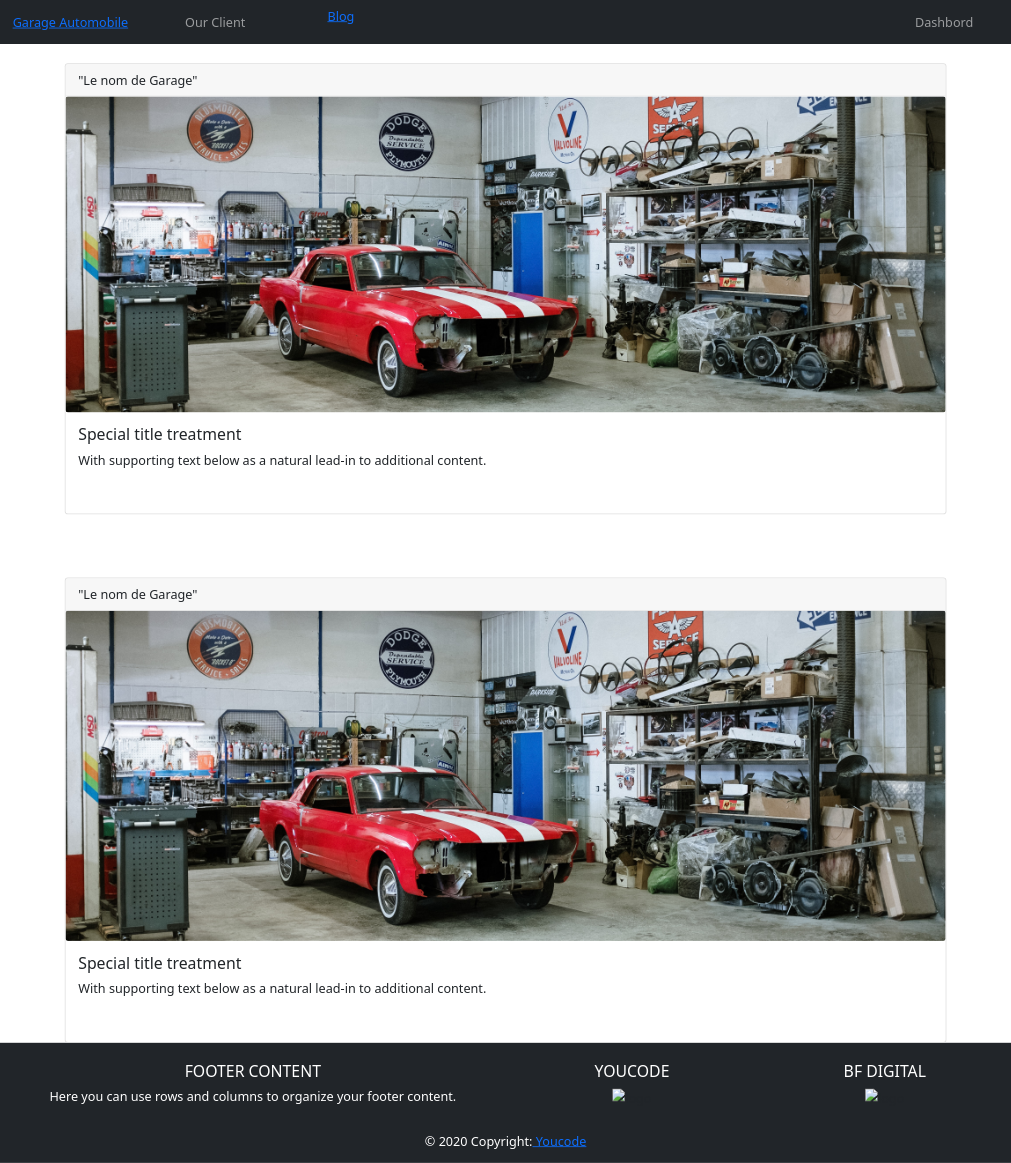
Repository: abdelhak-f/Fil-Rouge
Page: /Blog (app in client/)
The author's editor kept a copy of each file at every save. The page is drawn from the files as they stood at one save, then again after the next save.
The browser window is 1280 px wide. The pictures show the whole page, at 79% of full size.
The project was rebuilt for these pictures with package versions that can differ from the ones it lists, and the page was loaded fresh each time. Also part of the build but not shown: client/src/components/Text.jsx, client/src/components/forms/FirstFrontForm.jsx, client/src/components/Body.jsx.

Above is the page before, as saved 2021-09-08 14:51:08.

### client/public/index.html
<!DOCTYPE html>
<html lang="en">
  <head>
    <meta charset="utf-8" />
    <link rel="icon" href="%PUBLIC_URL%/favicon.ico" />
    <meta name="viewport" content="width=device-width, initial-scale=1" />
    <meta name="theme-color" content="#000000" />
    <meta
      name="description"
      content="Web site created using create-react-app"
    />
    <!--   import bootstrao  -->
    <link
  rel="stylesheet"
  href="https://cdn.jsdelivr.net/npm/bootstrap@5.1.0/dist/css/bootstrap.min.css"
  integrity="sha384-KyZXEAg3QhqLMpG8r+8fhAXLRk2vvoC2f3B09zVXn8CA5QIVfZOJ3BCsw2P0p/We"
  crossorigin="anonymous"
  />

    <link rel="apple-touch-icon" href="%PUBLIC_URL%/logo192.png" />
    <!--
      manifest.json provides metadata used when your web app is installed on a
      user's mobile device or desktop. See https://developers.google.com/web/fundamentals/web-app-manifest/
    -->
    <link rel="manifest" href="%PUBLIC_URL%/manifest.json" />
    <!--
      Notice the use of %PUBLIC_URL% in the tags above.
      It will be replaced with the URL of the `public` folder during the build.
      Only files inside the `public` folder can be referenced from the HTML.

      Unlike "/favicon.ico" or "favicon.ico", "%PUBLIC_URL%/favicon.ico" will
      work correctly both with client-side routing and a non-root public URL.
      Learn how to configure a non-root public URL by running `npm run build`.
    -->
    <title>React App</title>
  </head>
  <body>
    <noscript>You need to enable JavaScript to run this app.</noscript>
    <div id="root"></div>
    <!--
      This HTML file is a template.
      If you open it directly in the browser, you will see an empty page.

      You can add webfonts, meta tags, or analytics to this file.
      The build step will place the bundled scripts into the <body> tag.

      To begin the development, run `npm start` or `yarn start`.
      To create a production bundle, use `npm run build` or `yarn build`.
    -->
  </body>
</html>

### client/src/index.js
import React from 'react';
import ReactDOM from 'react-dom';
import './index.css';
import App from './App';
import reportWebVitals from './reportWebVitals';

// import bootstrap
import 'bootstrap/dist/css/bootstrap.min.css';

ReactDOM.render(
  <React.StrictMode>
    <App />
  </React.StrictMode>,
  document.getElementById('root')
);

// If you want to start measuring performance in your app, pass a function
// to log results (for example: reportWebVitals(console.log))
// or send to an analytics endpoint. Learn more: https://bit.ly/CRA-vitals
reportWebVitals();

### client/src/App.js
// import './App.css';
import React from 'react';

import Navbar from './components/Nnavbar';
import Body from './components/Body';
import Footer from './components/Footer';
import Blog from './components/Blog';

import { BrowserRouter as Router, Switch, Route } from 'react-router-dom';






function App() {
  return (


    <>
<Router>

     <Navbar />




    <Switch>
    <Route  path="/" exact component={Body} />
       <Route  path="/Blog" component={Blog} />
    </Switch>

    <Footer/>
</Router>
    </>

  );
}

export default App;

### client/src/components/Nnavbar.jsx
import React from 'react';
import { NavLink } from 'react-router-dom';

import * as ReactBootstrap from 'react-bootstrap';









function Navbar() {
    return(
      <>

            <ReactBootstrap.Navbar className="mb-5" collapseOnSelect expand="lg" bg="dark" variant="dark" fixed="top">

 <NavLink className="mx-3" to="/">Garage Automobile</NavLink>
 <ReactBootstrap.Navbar.Toggle aria-controls="responsive-navbar-nav" />
 <ReactBootstrap.Navbar.Collapse id="responsive-navbar-nav">
   <ReactBootstrap.Nav className="me-auto">
     <ReactBootstrap.Nav.Link className="mx-5" href="#features">Our Client</ReactBootstrap.Nav.Link>
     <NavLink  className="px-5" to="/blog">Blog</NavLink>
     {/* <ReactBootstrap.NavDropdown title="Dropdown" id="collasible-nav-dropdown">
       <ReactBootstrap.NavDropdown.Item href="#action/3.1">Action</ReactBootstrap.NavDropdown.Item>
       <ReactBootstrap.NavDropdown.Item href="#action/3.2">Another action</ReactBootstrap.NavDropdown.Item>
       <ReactBootstrap.NavDropdown.Item href="#action/3.3">Something</ReactBootstrap.NavDropdown.Item>
       <ReactBootstrap.NavDropdown.Divider />
       <ReactBootstrap.NavDropdown.Item href="#action/3.4">Separated link</ReactBootstrap.NavDropdown.Item>
     </ReactBootstrap.NavDropdown> */}
   </ReactBootstrap.Nav>
   <ReactBootstrap.Nav>
     <ReactBootstrap.Nav.Link href="#deets" className="px-5" > Dashbord</ReactBootstrap.Nav.Link>
     {/* <ReactBootstrap.Nav.Link eventKey={2} href="#memes">
       Admin
     </ReactBootstrap.Nav.Link> */}
   </ReactBootstrap.Nav>
 </ReactBootstrap.Navbar.Collapse>

</ReactBootstrap.Navbar>





</>

    )
}

export default Navbar ;

### client/src/components/Footer.jsx
import React from "react";


function Footer () {
    return(
<footer  className="pt-4 page-footer font-small blue bg-dark ">
    <div className="text-center container-fluid text-md-left ">
        <div className="row">
            <div className="mt-3 text-white col-md-6 mt-md-0">
                <h5 className=" text-uppercase">Footer Content</h5>
                <p >Here you can use rows and columns to organize your footer content.</p>
            </div>

            <hr className="clearfix pb-0 w-100 d-md-none"/>

            <div className="mb-3 col-md-3 mb-md-0">
                <h5 className="text-white text-uppercase">Youcode</h5>
                <img src="" alt="logo" width={300} /></div>

            <div className="mb-3 col-md-3 mb-md-0">
                <h5 className="text-white text-uppercase " >BF Digital</h5>
                <img src="" alt="logo" width={300} />
            </div>
        </div>
    </div>

    <div className="py-3 text-center text-white footer-copyright " >© 2020 Copyright:
        <a href="https://www.youcode.ma/"> Youcode</a>
    </div>

</footer>
)

}

export default Footer

### client/src/components/Blog.jsx
import React from 'react'
import './css/style.css';
import { Container, Card, Button, Badge } from 'react-bootstrap';
import image from '../images/image.jpg';

function Blog() {
  return (

     <Container  className="Blog" >
         {/* first blog */}
         <Card >
           <Card.Header  >"Le nom de Garage"  </Card.Header>
            <Card.Img style={{ height: '400px', weiht: '500px' }} src={image} />
            <Card.Body>
            <Card.Title>Special title treatment</Card.Title>
            <Card.Text>
                 With supporting text below as a natural lead-in to additional content.
            </Card.Text>
            <Badge pill bg="secondary">take an appointment</Badge>{' '}

           </Card.Body>
        </Card>

        <Card className="Blog">
           <Card.Header  >"Le nom de Garage"  </Card.Header>
            <Card.Img  src={image} />
            <Card.Body>
            <Card.Title>Special title treatment</Card.Title>
            <Card.Text>
                 With supporting text below as a natural lead-in to additional content.
            </Card.Text>
            <Badge pill bg="secondary">take an appointment</Badge>{' '}
           </Card.Body>
        </Card>

        {/* second blog */}

     </Container>


  )

}

export default Blog

### client/src/components/css/style.css

.Blog {
    margin-top: 5rem;
  }

Loaded but not shown: client/src/index.css (common file); client/src/reportWebVitals.js (common file)

After the next save:
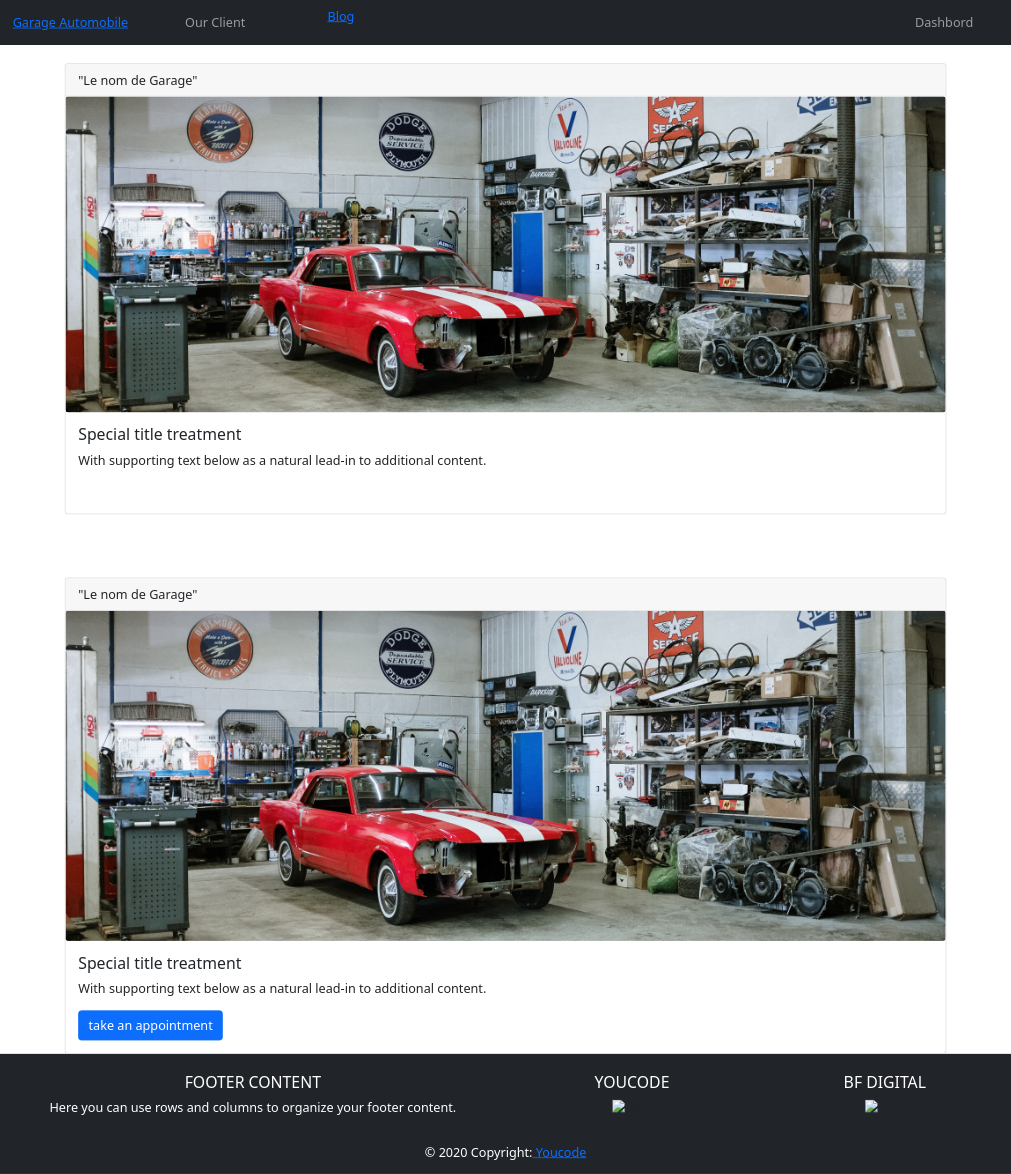
Saved 9 s later.
--- a/client/src/components/Blog.jsx
+++ b/client/src/components/Blog.jsx
@@ -29,7 +29,7 @@ function Blog() {
             <Card.Text>
                  With supporting text below as a natural lead-in to additional content.
             </Card.Text>
-            <Badge pill bg="secondary">take an appointment</Badge>{' '}
+            <Button variant="primary">take an appointment</Button>
            </Card.Body>
         </Card>
 
